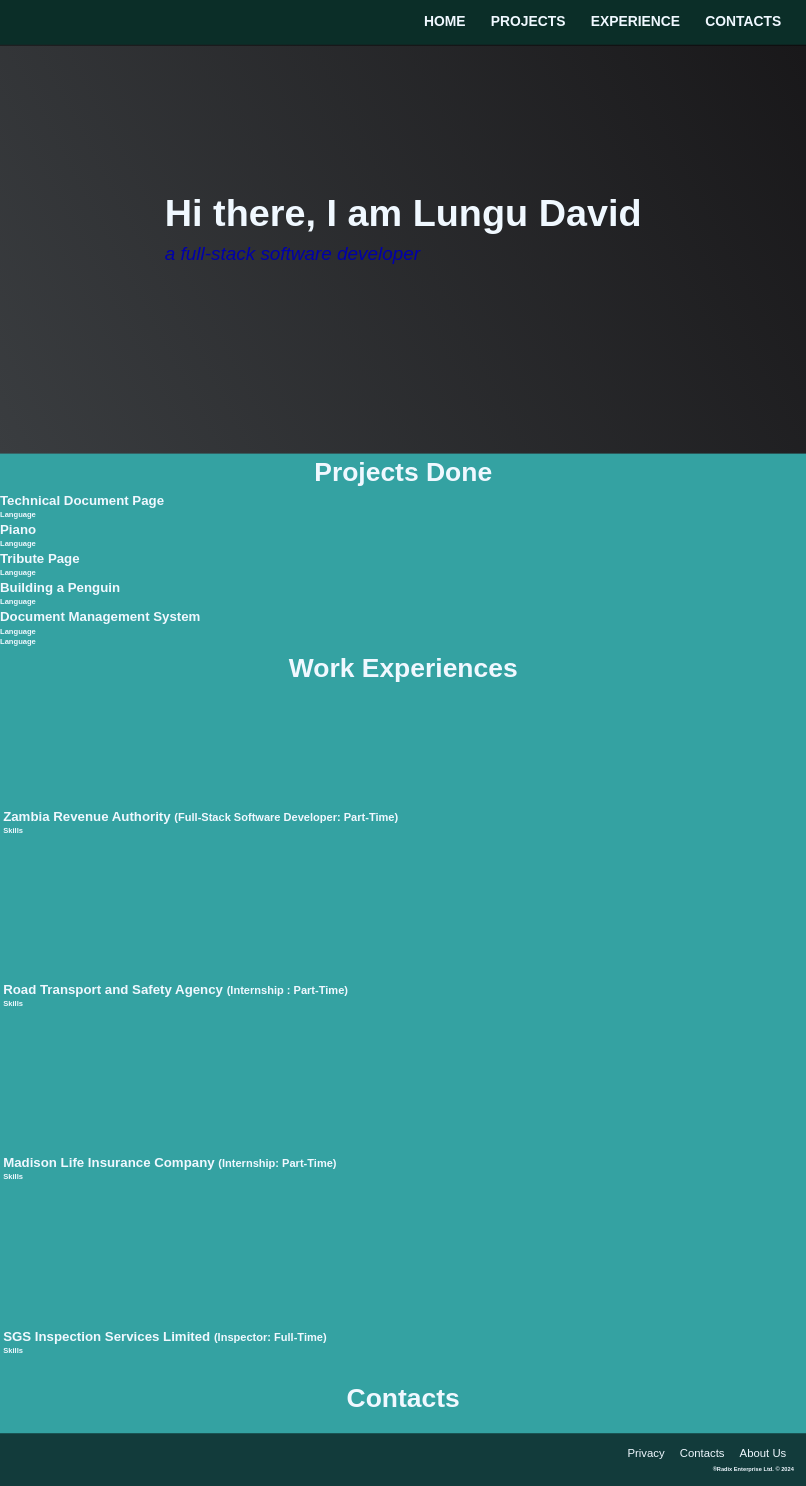
Repository: Lungdjos/personal_portifolio
Page: html/index.html
The author's editor kept a copy of each file at every save. The page is drawn from the files as they stood at one save, then again after a run of saves.
The browser window is 1280 px wide. The pictures show the whole page, at 63% of full size.

Above is the page before, as saved 2024-02-02 01:06:33.

After the next 2 saves:
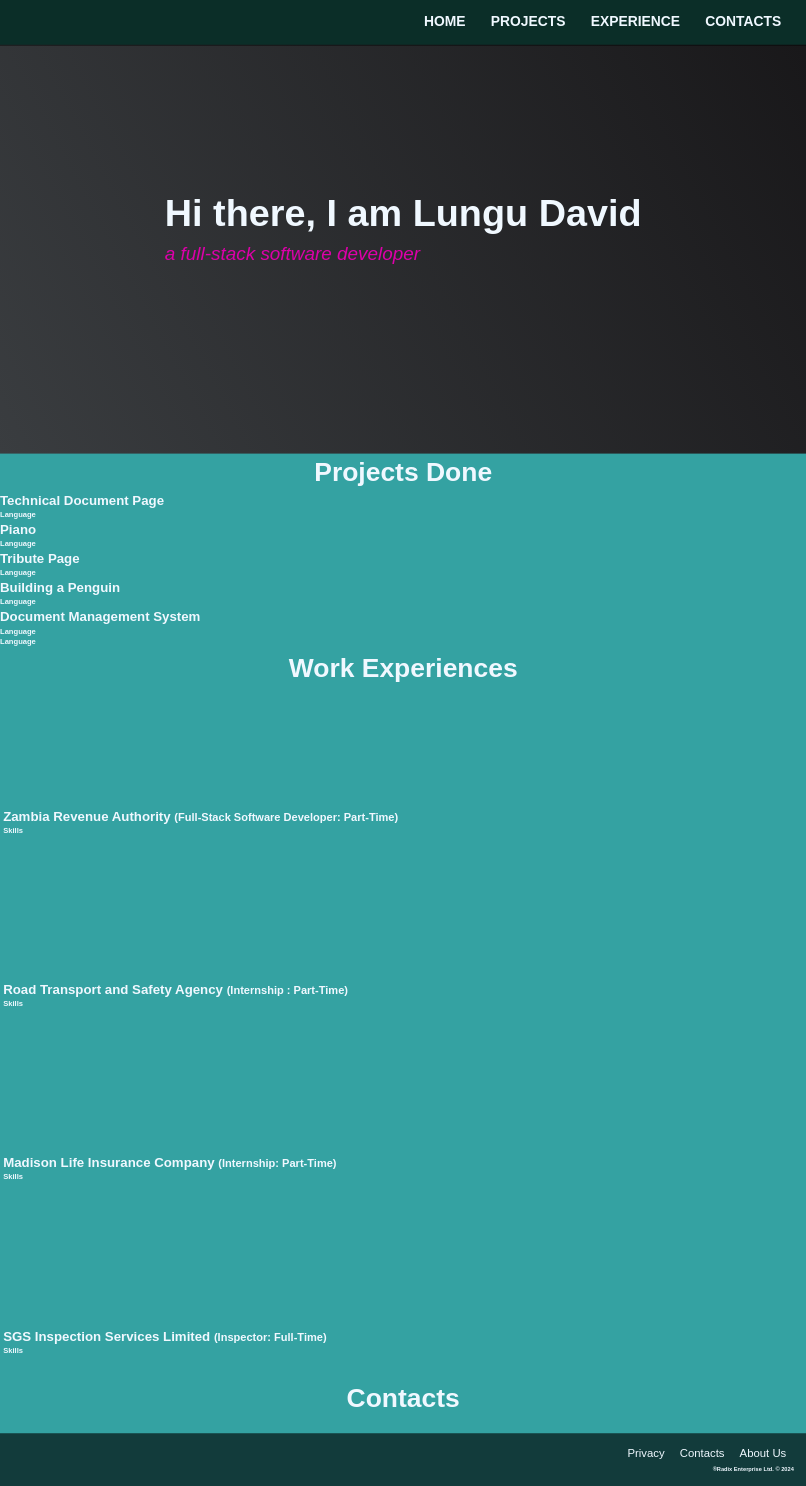
The 2 saves are shown as one change because they came seconds apart.
The last was saved 17 s later.
--- a/css/styles.css
+++ b/css/styles.css
@@ -146,7 +146,7 @@ main>li {
     font-size: 3rem;
     font-weight: 200;
     font-style: italic;
-    color: #00a;
+    color: #d0a;
 }
 
 
